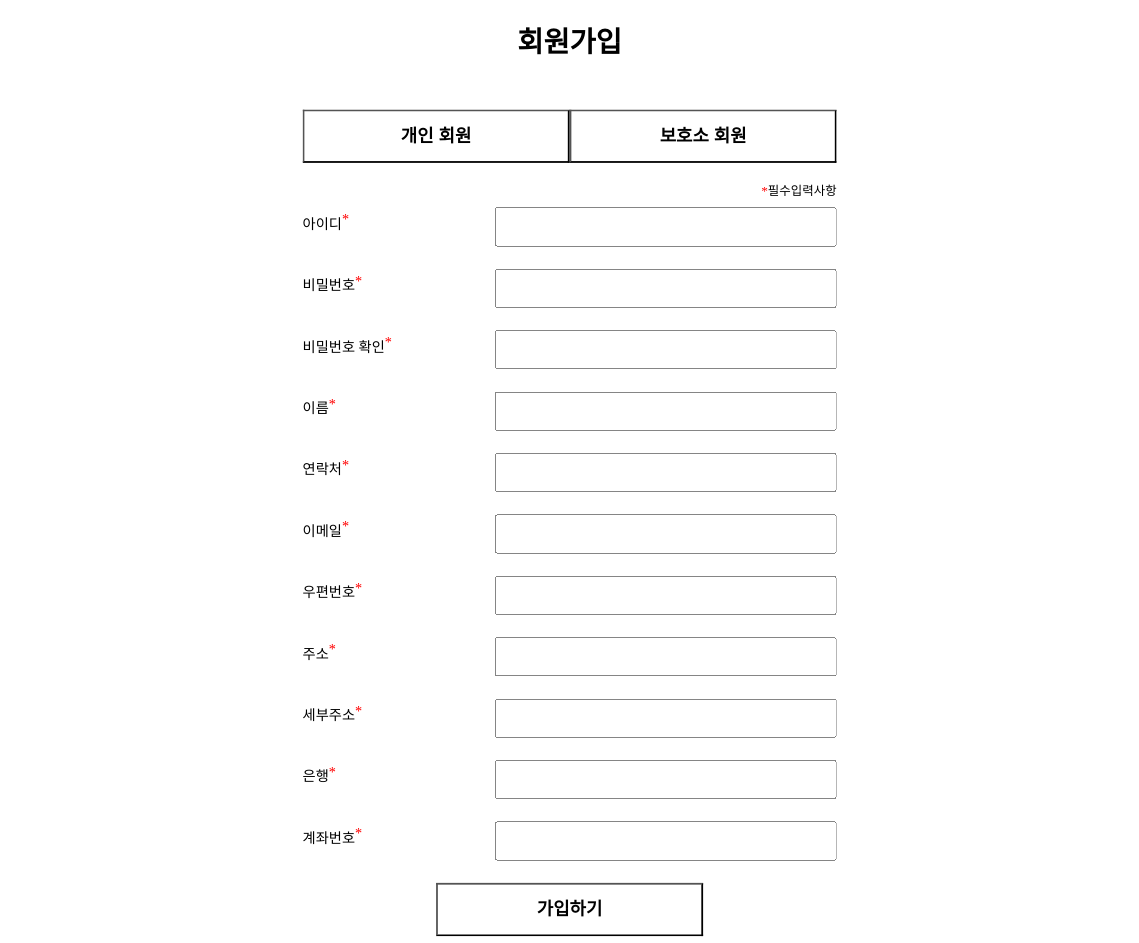
Repository: jngwk/Project-Bark
Page: http://localhost/Bark/include/joinFrm.jsp
The author's editor kept a copy of each file at every save. The page is drawn from the files as they stood at one save, then again after the next save.
The browser window is 1280 px wide. The pictures show the whole page, at 89% of full size.
The page is served by Tomcat 9. Other server files are loaded and not shown.

Above is the page before, as saved 2024-03-31 05:48:15.

### java_workspace/Bark/src/main/webapp/include/joinFrm.jsp
<%@ page language="java" contentType="text/html; charset=UTF-8"
    pageEncoding="UTF-8"%>
<%@ taglib prefix="c" uri="http://java.sun.com/jsp/jstl/core" %>
<!DOCTYPE html>
<html>
<head>
<meta charset="UTF-8">
<meta name="viewport" content="width=device-width, initial-scale=1">
<title>JoinUser</title>
<c:set var="contextPath" value="${pageContext.request.contextPath }"/>
<script src="https://ajax.googleapis.com/ajax/libs/jquery/3.5.1/jquery.min.js"></script>
<script type="text/javascript" src="${contextPath }/js/joinFrm.js"></script>
<link rel="stylesheet" href="${contextPath }/css/joinFrm.css">
<style>
	.red-star{	/* 항목옆의 별 */
		color:red;
		font-size: 15px;
	}
	#required{	/* "필수입력사항" */
		float: right;
		margin: 0 0 10px 0;
	}
</style>
</head>
<body id="join">
<script>
</script>
        <!-- join -->
        <div class="join-form">
            <h1>회원가입</h1>
            <form action="joinProc.jsp" method="post">
	            <div class="user-type-select">
	            	<button type="button" class="btn checked" id="user-join-btn" data-type="1">개인 회원</button>
	            	<button type="button" class="btn" id="shelter-join-btn" data-type="2">보호소 회원</button>
	            </div>
            	<div>
            	<p id="required"><span class="red-star">*</span>필수입력사항</p>
            	</div>

                <div class="form-element">
                    <span>아이디</span><span class="red-star">*</span>
                    <input type="text" class="join-input" name="id" maxlength="20" required>
                    <p class="check-message" id="checkId"></p>
                </div>

                <div class="form-element">
                    <span>비밀번호</span><span class="red-star">*</span>
                    <input type="password" class="join-input" name="pwd" maxlength="20" required>
                </div>

                <div class="form-element">
                    <span>비밀번호 확인</span><span class="red-star">*</span>
                    <input type="password" class="join-input" name="pwdCheck" onkeyup="checkPwd()" maxlength="20" required>
                    <br><br>
                    <!-- onkeyup : 키를 눌렀다가 땠을 때 이벤트 -->
                    <p class="check-message" id="checkPwd"></p>
                </div>


                <div class="form-element">
                    <span>이름</span><span class="red-star">*</span>
                    <input type="text" class="join-input" name="name" maxlength="20" required>
                </div>

                <div class="form-element">
                    <span>연락처</span><span class="red-star">*</span>
                    <input type="email" class="join-input" name="phone" maxlength="20" required>
                </div>

                <div class="form-element">
                    <span>이메일</span><span class="red-star">*</span>
                    <input type="text" class="join-input" name="email" maxlength="20">
                </div>
                <div class="form-element">
                    <span>우편번호</span><span class="red-star">*</span>
                    <input type="text" class="join-input" name="tel" maxlength="20">
                </div>
                <div class="form-element">
                    <span>주소</span><span class="red-star">*</span>
                    <input type="text" class="join-input" name="tel" maxlength="20">
                </div>
                <div class="form-element">
                    <span>세부주소</span><span class="red-star">*</span>
                    <input type="text" class="join-input" name="tel" maxlength="20">
                </div>
                <div class="form-element">
                    <span>은행</span><span class="red-star">*</span>
                    <input type="text" class="join-input" name="tel" maxlength="20">
                </div>
                <div class="form-element">
                    <span>계좌번호</span><span class="red-star">*</span>
                    <input type="text" class="join-input" name="tel" maxlength="20">
                </div>
            <button type="submit" class="btn submit"><span>가입하기</span></button>
            </form>
        </div>
</body>
</html>

### java_workspace/Bark/src/main/webapp/js/joinFrm.js
// 유저 타입 버튼


//  pw 유효성 체크
//  비밀번호 확인 칸에 focus시 비밀번호 확인칸에도 eventlistener 추가?
function checkPwd(){
	var input = document.forms[0];
	var pwd = input.pwd.value;
	var pwdCheck = input.pwdCheck.value;
	if(pwd!=pwdCheck){
	   document.getElementById('checkPwd').style.color = "red";	//밝은 빨강으로 수정
	   document.getElementById('checkPwd').innerHTML = "비밀번호가 일치하지 않습니다.";
	}else{
	   document.getElementById('checkPwd').style.color = "green";	//밝은 파랑으로 수정
	   document.getElementById('checkPwd').innerHTML = "비밀번호가 일치합니다.";
	}
}
//  id 중복성체크(미완성)
$(document).ready(function() {
	$("#mem_id").blur(function() {
		$.ajax({
			url:"idcheck.jsp",
			type:"post",
			data:{ "mem_id":$("#mem_id").val() },
			success:function( data ){
				if(data.trim() == "YES"){
					$("#checkId").css("color", "green");
					$("#checkId").text("사용할 수 있는 아이디입니다");
				}else{
					$("#checkId").css("color", "red");
					$("#checkId").text("사용할 수 없는 아이디입니다");
					$("#mem_id").val("");
				}
			},
			error:function(){
				alert('error');
			}
		});
	});
});

// 유저 타입
function check(elem){
	let buttons = document.querySelector(".user-type-select").children;
    // console.log(buttons[0]);
	if(!elem.className.includes("checked")){
		elem.classList.add("checked");
		let userType = document.querySelector(".user-type");
		userType.value = elem.dataset.type;
		// console.log(userType.value);
		if(elem == buttons[0]){
			buttons[1].classList.remove("checked");
		}
		else{
			buttons[0].classList.remove("checked");
		}
	}
}

### java_workspace/Bark/src/main/webapp/css/joinFrm.css
/* join */

#join h1 {
  position: relative;
  text-align: center;
  height: 80px;
}

.join-form {	/* 전체 콘텐츠를 담은 div */
  position: relative;
  margin: 0 auto;
  /*background-color: var(--color-bean-brown);
  color: var(--color-rose-white);
  border: 1px solid var(--color-deep-brown);*/
  color: var(--color-bean-brown);
  top: 0;
  width: 50%;
  height: fit-content;
  /* box-shadow: 1px 1px 1px 0.4px; */
}
.user-type-select{	/* 개인회원 / 보호소회원 버튼 담을 div */
	position: relative;
	display: inline;
	left: 50%;
	transform: translateX(-50%);
	width: 100%;
	height: fit-content;
	padding-bottom: 20px;
}
.user-type-select > .btn{
	float: left;
}
.join-form form{	/* 회원가입 항목을 담은 div */
  position: relative;
  height: 80%;
  width: 600px;
  margin: 0 auto;
  display: flex;
  flex-direction: column;
  justify-content: center;
  overflow: hidden;
}

.join-form .btn {	/* 가입하기 버튼 */
  position: relative;
  top: 4%;
  width: 50%;
  height: 60px;
  margin: 0 auto;
  font-size: 20px;
  color: var(--color-bean-brown);
  background-color: var(--color-rose-white);
  box-shadow: none;
  text-align: center;
  padding: 0 0 5px 0;
  font-weight: bold;
}
.join-form .join-btn{
	margin: 50px auto;
}
.form-element {	/* 각 항목과 항목 입력칸이 들어갈 div */
  display: inline;
  width: 100%;
  padding-bottom: 25px;
}


.form-element span{	/* 항목(ex.아이디*) */
  float:left;
  text-align: center;
  padding: 5px 0 15px 0;
  font-size: 16px;
}

.form-element input {	/* 항목 입력칸 */
  float: right;
  width: 60%;
  height: 40px;
  line-height: 35px;
  font-size: 16px;
  padding: 0 10px;
}

.check-message{	/* 비밀번호 유효성 확인용 메세지 */
	float: none;
	margin: 0 auto;
	text-align: center;
	font-size: 14px;
	transform: translateX(10px);
}
.red-star{	/* 항목옆의 별 */
	color:red;
	font-size: 14px;
}
#required{	/* "필수입력사항" */
	float: right;
	margin: 0 0 10px 0;
	font-size: 14px;
}

After the next save:
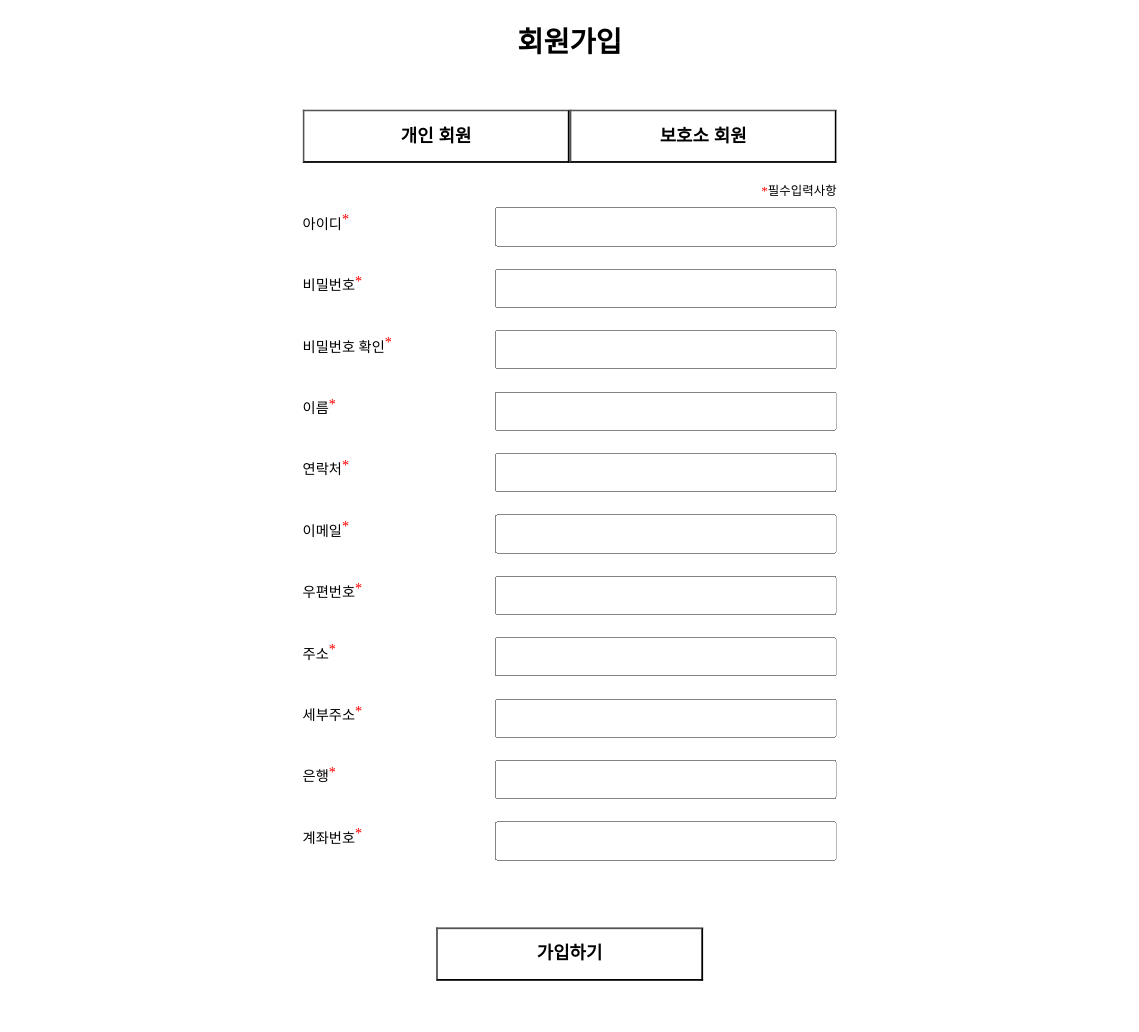
Saved 9 s later.
--- a/java_workspace/Bark/src/main/webapp/include/joinFrm.jsp
+++ b/java_workspace/Bark/src/main/webapp/include/joinFrm.jsp
@@ -91,7 +91,7 @@
                     <span>계좌번호</span><span class="red-star">*</span>
                     <input type="text" class="join-input" name="tel" maxlength="20">
                 </div>
-            <button type="submit" class="btn submit"><span>가입하기</span></button>
+            <button type="submit" class="join-btn btn"><span>가입하기</span></button>
             </form>
         </div>
 </body>
